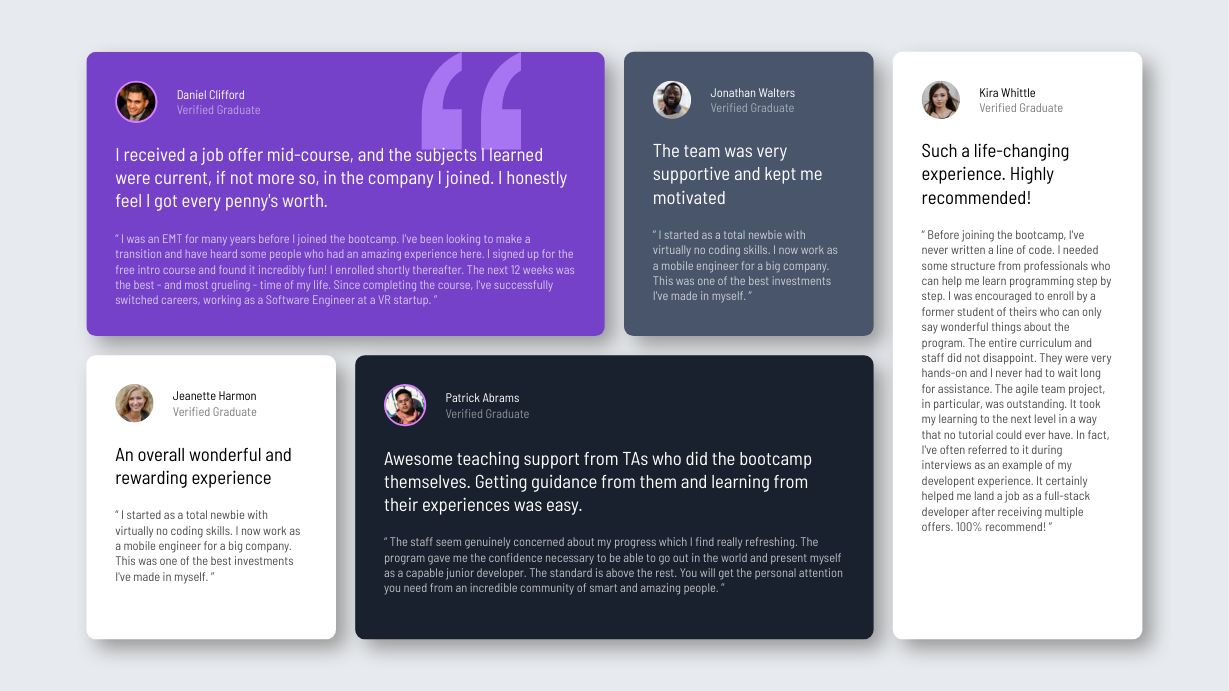
Repository: DiyBookOfLife/ps-FrontendMentor
Page: index.html
These files come from the project's save history. The page is drawn as it stood at one moment and after the next save; the edit follows.
The browser window is 1280 px wide. The pictures show the whole page, at 96% of full size.

Above is the page before, as saved 2026-01-02 13:03:21.

### index.html
<!DOCTYPE html>
<html lang="en">

<head>
  <meta charset="UTF-8">
  <meta name="viewport" content="width=device-width, initial-scale=1.0">
  <!-- displays site properly based on user's device -->

  <link rel="icon" type="image/png" sizes="32x32" href="./images/favicon-32x32.png">

  <title>Frontend Mentor | [Challenge Name Here]</title>

  <link rel="preconnect" href="https://fonts.googleapis.com">
  <link rel="preconnect" href="https://fonts.gstatic.com" crossorigin>
  <link href="https://fonts.googleapis.com/css2?family=Barlow+Semi+Condensed:ital,wght@0,100;0,200;0,300;0,400;0,500;0,600;0,700;0,800;0,900;1,100;1,200;1,300;1,400;1,500;1,600;1,700;1,800;1,900&display=swap" rel="stylesheet">

  <link rel="stylesheet" href="./styles.css">

</head>

<body>
  <main>
    <section id="testimonials">
      <div class="card" id="daniel_card">
        <div class="profile">
          <img src="./images/image-daniel.jpg" alt="picture of daniel">
          <div>
            <div>Daniel Clifford</div>
            <div>Verified Graduate</div>
          </div>
        </div>

        <p>
          I received a job offer mid-course, and the subjects I learned were current, if not more so,
          in the company I joined. I honestly feel I got every penny's worth.
        </p>

        <p>
          “ I was an EMT for many years before I joined the bootcamp. I've been looking to make a
          transition and have heard some people who had an amazing experience here. I signed up
          for the free intro course and found it incredibly fun! I enrolled shortly thereafter.
          The next 12 weeks was the best - and most grueling - time of my life. Since completing
          the course, I've successfully switched careers, working as a Software Engineer at a VR startup. ”
        </p>
      </div>

      <div class="card" id="jonathan_card">
        <div class="profile">
          <img src="./images/image-jonathan.jpg" alt="picture of jonathan">
          <div>
            <div>Jonathan Walters</div>
            <div>Verified Graduate</div>
          </div>
        </div>

        <p>
          The team was very supportive and kept me motivated
        </p>

        <p>
          “ I started as a total newbie with virtually no coding skills. I now work as a mobile engineer
          for a big company. This was one of the best investments I've made in myself. ”
        </p>
      </div>



      <div class="card" id="jeanette_card">
        <div class="profile">
          <img src="./images/image-jeanette.jpg" alt="picture of jeanette">
          <div>
            <div>Jeanette Harmon</div>
            <div>Verified Graduate</div>
          </div>
        </div>

        <p>
          An overall wonderful and rewarding experience
        </p>

        <p>
          “ I started as a total newbie with virtually no coding skills. I now work as a mobile engineer
          for a big company. This was one of the best investments I've made in myself. ”
        </p>
      </div>


      <div class="card" id="patrick_card">
        <div class="profile">
          <img src="./images/image-patrick.jpg" alt="picture of patrick">
          <div>
            <div>Patrick Abrams</div>
            <div>Verified Graduate</div>
          </div>
        </div>

        <p>
          Awesome teaching support from TAs who did the bootcamp themselves. Getting guidance from them and
          learning from their experiences was easy.
        </p>

        <p>
          “ The staff seem genuinely concerned about my progress which I find really refreshing. The program
          gave me the confidence necessary to be able to go out in the world and present myself as a capable
          junior developer. The standard is above the rest. You will get the personal attention you need from
          an incredible community of smart and amazing people. ”
        </p>
      </div>



      <div class="card" id="kira_card">
        <div class="profile">
          <img src="./images/image-kira.jpg" alt="picture of kira">
          <div>
            <div>Kira Whittle</div>
            <div>Verified Graduate</div>
          </div>
        </div>

        <p>
          Such a life-changing experience. Highly recommended!
        </p>

        <p>
          “ Before joining the bootcamp, I've never written a line of code. I needed some structure from
          professionals who can help me learn programming step by step. I was encouraged to enroll by a former
          student of theirs who can only say wonderful things about the program. The entire curriculum and staff
          did not disappoint. They were very hands-on and I never had to wait long for assistance. The agile team
          project, in particular, was outstanding. It took my learning to the next level in a way that no tutorial
          could ever have. In fact, I've often referred to it during interviews as an example of my developent
          experience. It certainly helped me land a job as a full-stack developer after receiving multiple offers.
          100% recommend! ”
        </p>
      </div>

    </section>
  </main>
</body>

</html>

### styles.css
* {
    margin: 0px;
    padding: 0px;
}

body {
    font-family: 'Barlow Semi Condensed', sans-serif;
}

main {
    display: flex;
    justify-content: center;
    align-items: center;
    height: 100vh;
    background-color: hsl(214, 17%, 92%);
}

#testimonials {
    display: grid;
    grid-template-columns: repeat(4, 1fr);
    grid-template-rows: 1fr 1fr;
    max-width: 1100px;
    margin: 30px;
    gap: 20px;
    font-size: 13px;
}

.card {
    border-radius: 10px;
    padding: 30px;
    box-shadow:  10px 10px 20px #999;;
}

#daniel_card {
    grid-column: 1 / 3;
    grid-row: 1 / 2;
    background-color: hsl(263, 55%, 52%);
    background-image: url('./images/bg-pattern-quotation.svg');
    background-repeat: no-repeat;
    background-position-x: 80%;
}

#daniel_card, #jonathan_card, #patrick_card {
    color: hsl(0, 0%, 100%);
}

#daniel_card img, #patrick_card img {
    border: 2px solid rgb(219, 132, 250);
}

#jonathan_card {
    background-color: hsl(217, 19%, 35%);
}

#kira_card {
    background-color: hsl(0, 0%, 100%);
    grid-column: 4 / 5;
    grid-row: 1 / 3;
}

#jeanette_card {
    background-color: hsl(0, 0%, 100%);
}

#patrick_card {
    grid-column: 2 / 4;
    background-color: hsl(219, 29%, 14%);
}

.profile {
    display: flex;
}

.profile > img {
    border-radius: 50%;
    margin-right: 20px;
    height: 40px;
}

.profile > div {
    display: flex;
    flex-direction: column;
    justify-content: center;
}

.profile > div :last-child {
    opacity: 50%;
}

.profile + p {
    font-size: 1.5em;
}

.card > :last-child {
    opacity: 70%;
}

#testimonials p {
    margin-top: 20px;
}

@media (max-width: 950px) {
    main {
        height: 100%;
    }
    #testimonials {
        display: flex;
        flex-direction: column;
    }
}

After the next save:
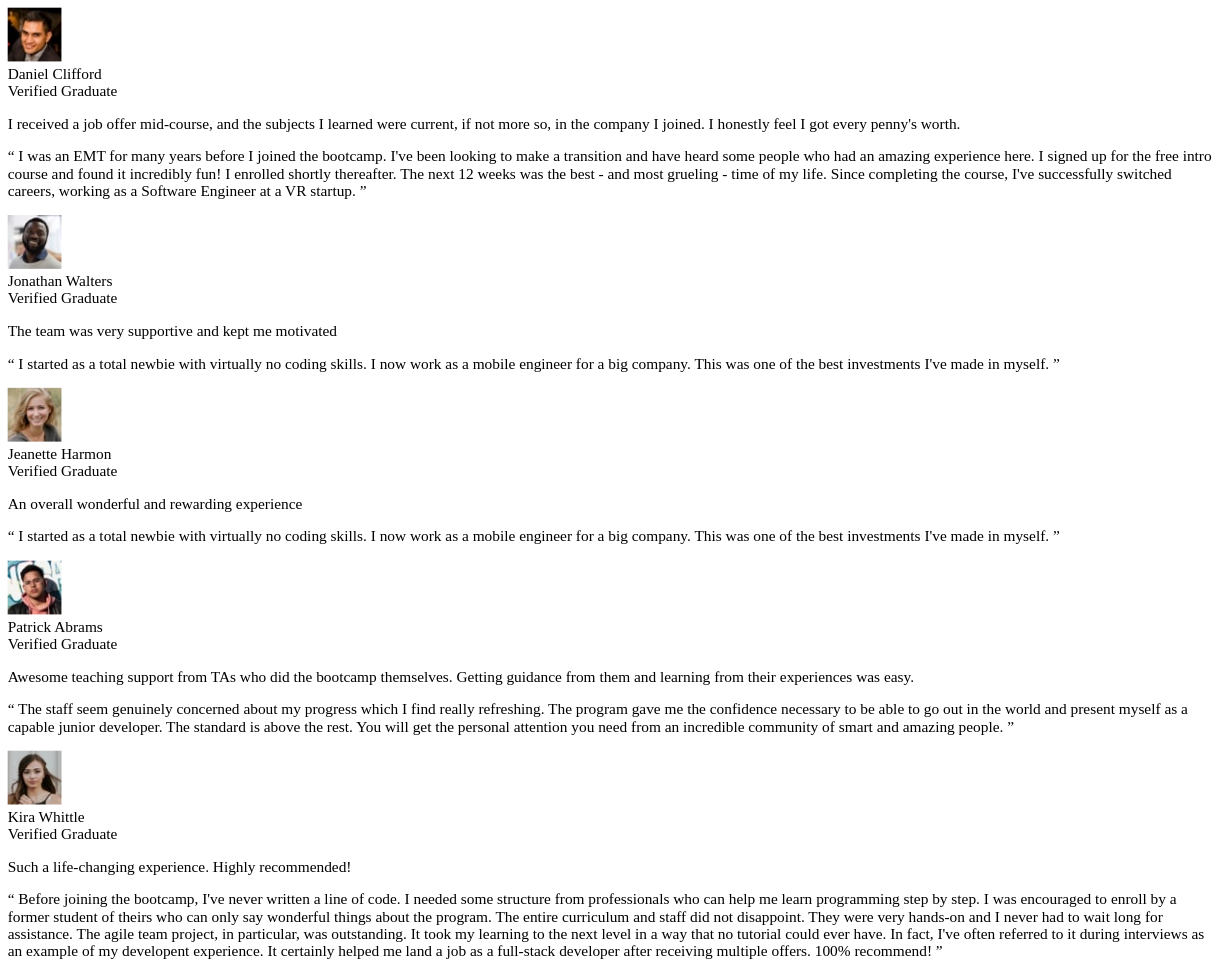
Saved 3 min 30 s later.
--- a/index.html
+++ b/index.html
@@ -14,7 +14,7 @@
   <link rel="preconnect" href="https://fonts.gstatic.com" crossorigin>
   <link href="https://fonts.googleapis.com/css2?family=Barlow+Semi+Condensed:ital,wght@0,100;0,200;0,300;0,400;0,500;0,600;0,700;0,800;0,900;1,100;1,200;1,300;1,400;1,500;1,600;1,700;1,800;1,900&display=swap" rel="stylesheet">
 
-  <link rel="stylesheet" href="./styles.css">
+  <!-- <link rel="stylesheet" href="./styles.css"> -->
 
 </head>
 
